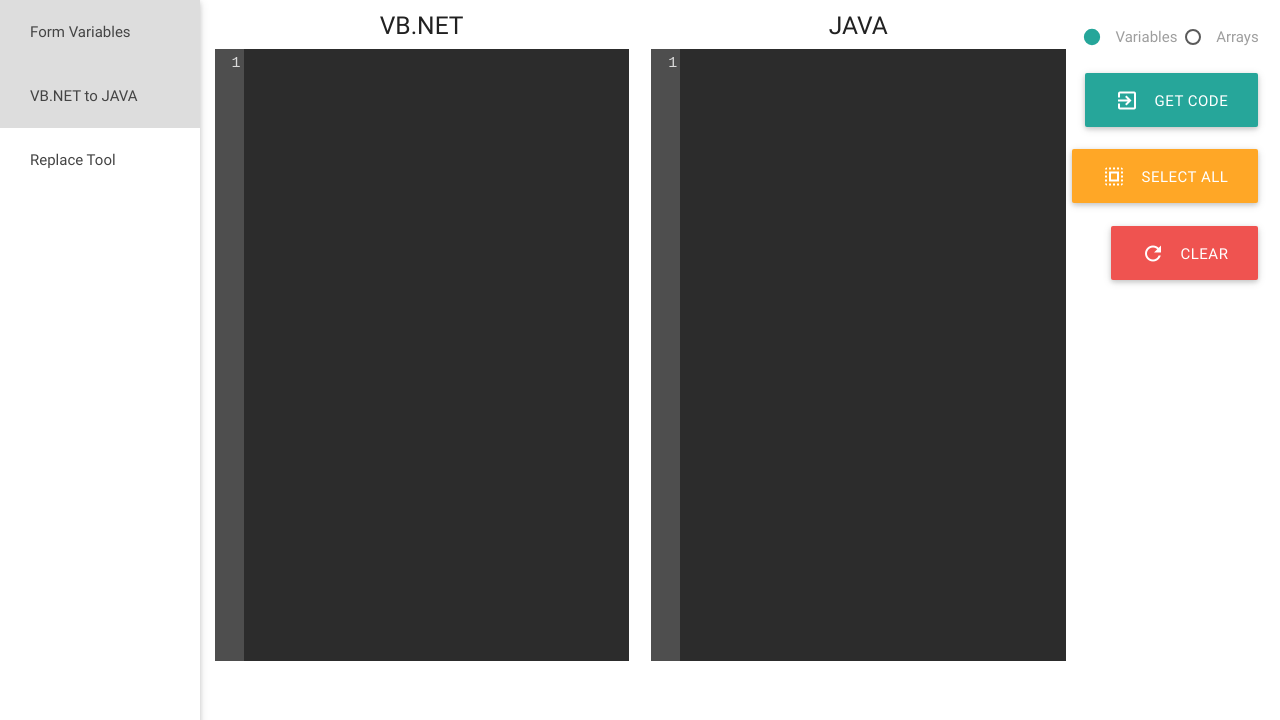
Repository: heyvin/heyvin-tools
Page: http://localhost/tools/convertparams.php
The author's editor kept a record of every edit. The page is drawn from the files as they stood at one moment, then again after the next edit.
The browser window is 1280 px wide. The pictures show the whole page.
The page is run by PHP 8.4 with error messages shown; the project is at /var/www/html/.

Above is the page before.

After the next edit:
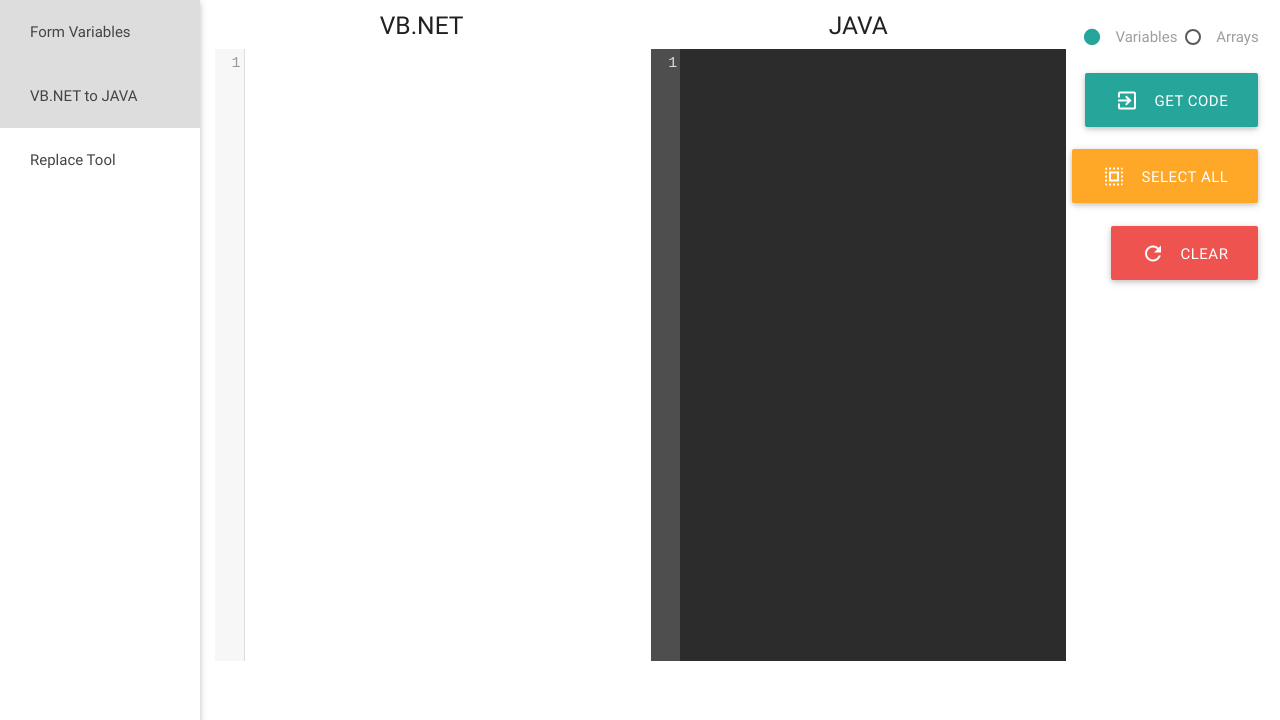
The edit:
--- a/tools/convertparams.php
+++ b/tools/convertparams.php
@@ -61,7 +61,7 @@
 					lineWrapping: false,
 					lineNumbers: true,
 					mode: "vb",
-					theme: "mbo"
+					theme: "eclipse"
 				});
 				cmVb.setSize("100%", "85%");
 				var cmJava = CodeMirror.fromTextArea(document.getElementById("txtJava"), {
